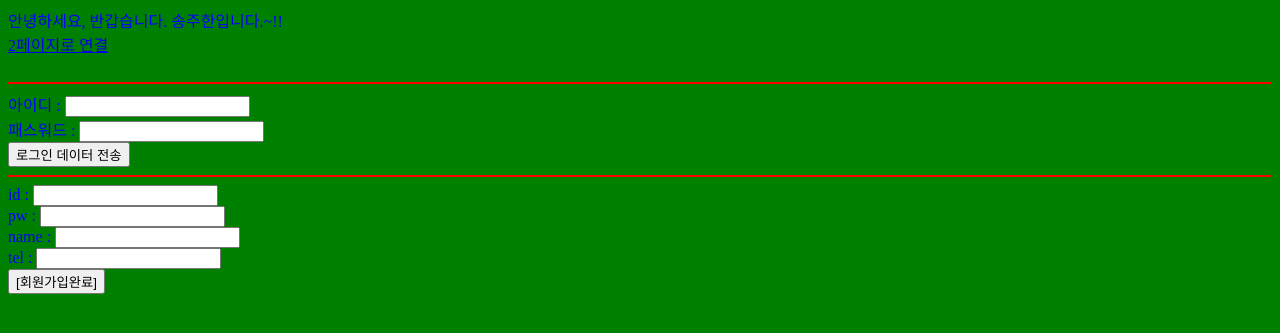
Repository: JuHanSong/JSP
Page: jsp01/WebContent/indeex.html
The author's editor kept a copy of each file at every save. The page is drawn from the files as they stood at one save, then again after the next save.
The browser window is 1280 px wide. The pictures show the whole page.

Above is the page before, as saved 2020-11-21 03:33:39.

After the next save:
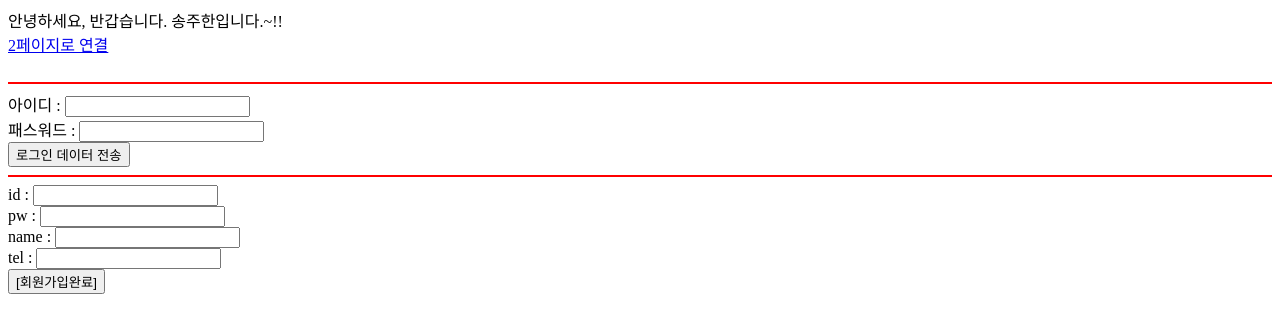
Saved 30 s later.
--- a/jsp01/WebContent/indeex.html
+++ b/jsp01/WebContent/indeex.html
@@ -2,8 +2,8 @@
 <html>
 	<head>
 		<meta charset="UTF-8">
-		<title>Insert title here</title>
-		<link rel = "stylesheet" type = "text/css" href ="out.css">
+		<title>Insert title here
+		<link rel = "stylesheet" type = "text/css" href ="out.css"></title>
 	</head>
 	<body> <!-- 주선, 태크(tag) -->
 	안녕하세요, 반갑습니다. 송주한입니다.~!!<br><!-- 엔터 -->

After the save that followed:
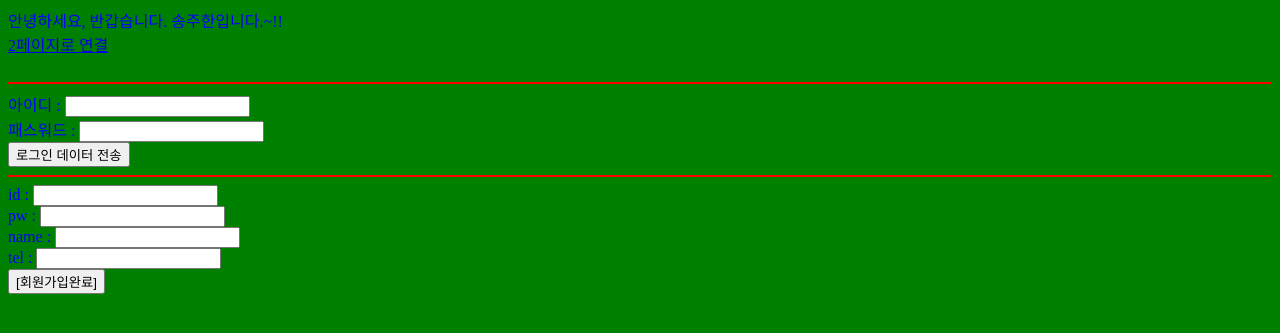
Saved 37 s later.
--- a/jsp01/WebContent/indeex.html
+++ b/jsp01/WebContent/indeex.html
@@ -2,8 +2,8 @@
 <html>
 	<head>
 		<meta charset="UTF-8">
-		<title>Insert title here
-		<link rel = "stylesheet" type = "text/css" href ="out.css"></title>
+		<title>Insert title here</title>
+		<link rel = "stylesheet" type = "text/css" href ="out.css">
 	</head>
 	<body> <!-- 주선, 태크(tag) -->
 	안녕하세요, 반갑습니다. 송주한입니다.~!!<br><!-- 엔터 -->
